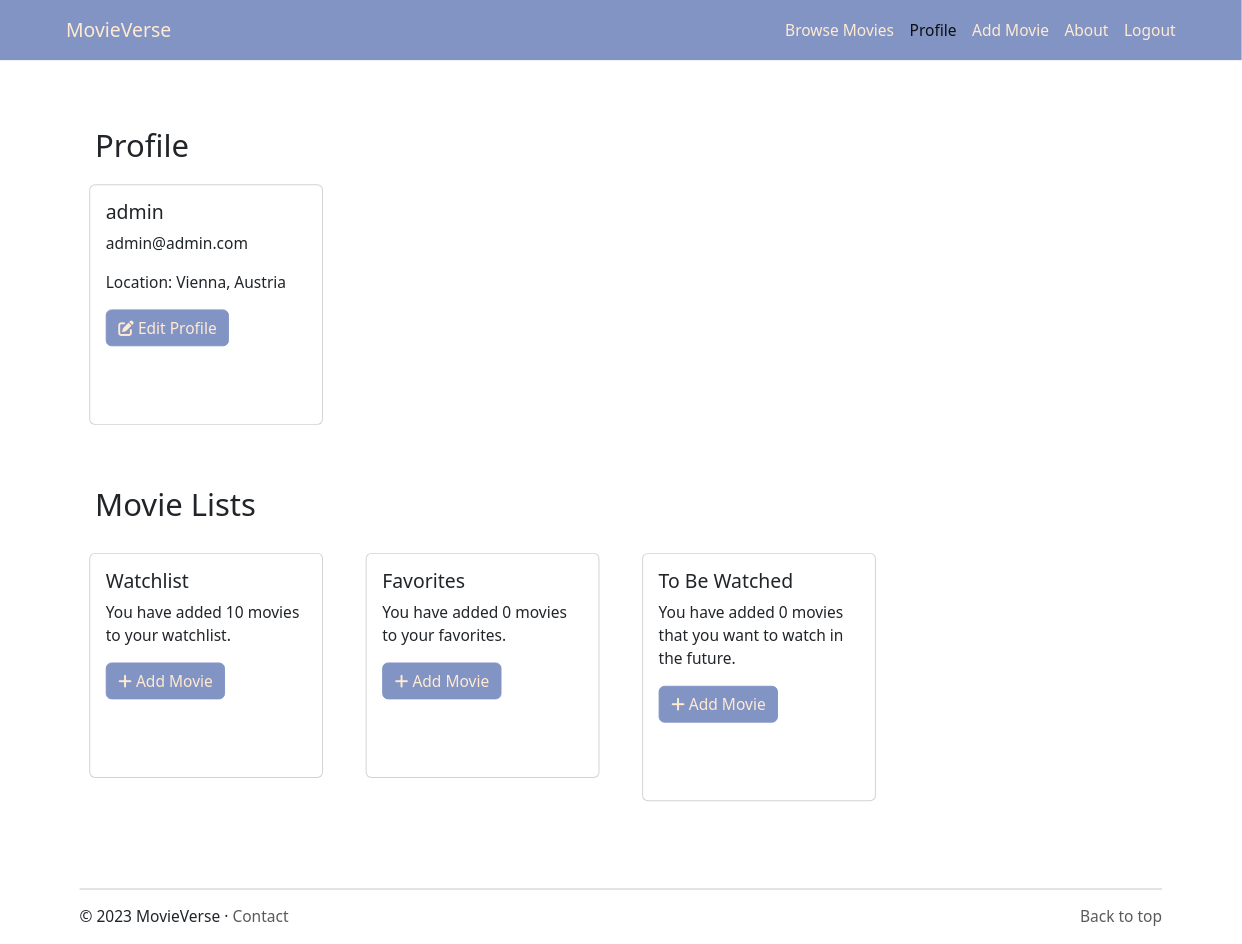
Repository: rafaelasantana/MovieVerse
Page: http://localhost/profile.php
These files come from the project's save history. The page is drawn as it stood at one moment and after the next save; the edit follows.
The browser window is 1280 px wide. The pictures show the whole page, at 97% of full size.
Some web libraries are served in a nearby version. The page is run by PHP 8.4 with error messages shown; the project is at /var/www/html/. The session is filled in as if someone had signed in: {"username": "admin", "role": 1, "status": 1, "id": 1, "firstname": "admin", "email": "admin@admin.com"}. Other server files are loaded and not shown. Queries for data that is not in the repository find no rows.

Above is the page before, as saved 2023-06-24 23:49:35.
Console error: TypeError: Cannot read properties of undefined (reading 'keyboard')

### MovieVerse/profile.php
<?php
$page = "profile";
session_start();
include "header.php";
include "navbar.php";
include "includes/db_handler.inc.php";  // assuming your database connection file is located at includes/db_handler.inc.php

$userId = $_SESSION["id"];
$watchlist_count = 0;
$favorites_count = 0;

if ($userId) {
    $stmt = $conn->prepare("SELECT COUNT(*) as count FROM watched WHERE user_id = ?");
    $stmt->bind_param("i", $userId);
    $stmt->execute();
    $result = $stmt->get_result();
    $row = $result->fetch_assoc();
    $watchlist_count = $row['count'];

    $stmt = $conn->prepare("SELECT COUNT(*) as count FROM watch_later WHERE user_id = ?");
    $stmt->bind_param("i", $userId);
    $stmt->execute();
    $result = $stmt->get_result();
    $row = $result->fetch_assoc();
    $watchlist_count = $row['count'];

    $stmt = $conn->prepare("SELECT COUNT(*) as count FROM favorites WHERE user_id = ?");
    $stmt->bind_param("i", $userId);
    $stmt->execute();
    $result = $stmt->get_result();
    $row = $result->fetch_assoc();
    $favorites_count = $row['count'];
}

// Close the connection
$conn->close();
?>


<main>
  <div class="container my-5">
    <div class="row my-3">
      <div class="col-md-3">
        <p class="fs-2 mx-3 mt-3">Profile</p>
        <div class="card">
          <div class="card-body">
            <h5 class="card-title"><?php echo $_SESSION["firstname"];?></h5>
            <p class="card-text"><?php echo $_SESSION["email"];?></p>
            <p class="card-text">Location: Vienna, Austria</p>
            <a href="editProfile.php" class="btn btn-primary"><i class="fas fa-edit"></i> Edit Profile</a>
          </div>
        </div>
      </div>
    </div>
    <div class="row my-3">
      <div class="col-md-9 my-3">
        <p class="fs-2 mx-3 mt-3">Movie Lists</p>
        <div class="row my-3">
          <div class="col-md-4">
            <div class="card">
              <div class="card-body">
                <h5 class="card-title">Watchlist</h5>
                <p class="card-text">You have added 10 movies to your watchlist.</p>
                <a href="#" class="btn btn-primary"><i class="fas fa-plus"></i> Add Movie</a>
              </div>
            </div>
          </div>
          <div class="col-md-4">
            <div class="card">
              <div class="card-body">
                <h5 class="card-title">Favorites</h5>
                <p class="card-text">You have added <?php echo $favorites_count; ?> movies to your favorites.</p>
                <a href="#" class="btn btn-primary"><i class="fas fa-plus"></i> Add Movie</a>
              </div>
            </div>
          </div>
          <div class="col-md-4">
            <div class="card">
              <div class="card-body">
                <h5 class="card-title">To Be Watched</h5>
                <p class="card-text">You have added <?php echo $favorites_count; ?> movies that you want to watch in the future.</p>
                <a href="#" class="btn btn-primary"><i class="fas fa-plus"></i> Add Movie</a>
              </div>
            </div>
          </div>
        </div>
      </div>

    </div>
  </div>
  </div>

</main>

<?php
include "footer.php";
?>

### MovieVerse/header.php
<!doctype html>
<html lang="en">

<head>
  <title>Title</title>
  <!-- Required meta tags -->
  <meta charset="utf-8">
  <meta name="viewport" content="width=device-width, initial-scale=1, shrink-to-fit=no">

  <!-- Bootstrap CSS v5.2.1 -->
  <link href="https://cdn.jsdelivr.net/npm/bootstrap@5.2.1/dist/css/bootstrap.min.css" rel="stylesheet" integrity="sha384-iYQeCzEYFbKjA/T2uDLTpkwGzCiq6soy8tYaI1GyVh/UjpbCx/TYkiZhlZB6+fzT" crossorigin="anonymous">

  <!-- Template Main CSS Files -->
  <link href="assets/css/variables.css" rel="stylesheet">
  <link href="assets/css/index.css" rel="stylesheet">
  <link href="assets/css/login.css" rel="stylesheet">
  <link href="assets/css/footer.css" rel="stylesheet">
  <link href="assets/css/navbar.css" rel="stylesheet">

  <!-- add jquery (here minimized version)-->
  <script src="https://code.jquery.com/jquery-3.6.4.min.js" integrity="sha256-oP6HI9z1XaZNBrJURtCoUT5SUnxFr8s3BzRl+cbzUq8=" crossorigin="anonymous"></script>

  <!-- add font awesome library -->
  <script src="https://kit.fontawesome.com/a2b15cd676.js" crossorigin="anonymous"></script>

  <script defer src="assets/js/index.js"></script>

</head>

<body>

### MovieVerse/navbar.php
<!-- Begin header -->
<div class="navbar navbar-expand-lg" style="background-color: #8294C4">
    <div class="container-fluid">
        <!-- click on logo image to go to homepage -->
        <a href="index.php" class="navbar-brand mx-2 navbar-text">MovieVerse</a>
        <!-- burger button when collapses -->
        <div class="justify-content-end">
            <button class="navbar-toggler" type="button" data-bs-toggle="collapse" data-bs-target="#navbar_index" aria-controls="navbar_index" aria-expanded="false">
                <span class="navbar-toggler-icon"></span>
            </button>

        </div>
        <!-- Navbar -->
        <div id="navbar_index" class="collapse navbar-collapse justify-content-end">
            <div class="navbar-nav">
                <a class="navbar-text nav-link <?php if ($page == 'index') echo 'active' ?>" href="index.php">Browse Movies</a>
                <?php
                // if user is logged in, show profile
                if (isset($_SESSION["firstname"])) { ?>
                    <a class="navbar-text nav-link <?php if ($page == 'profile') echo 'active' ?> " href="profile.php">Profile</a>
                    <a class='navbar-text nav-link <?php if($page == 'addMovies') echo 'active' ?>' href='addMovies.php'>Add Movie</a>
                    <a class="navbar-text nav-link <?php if ($page == "help") echo " active" ?>" href="about.php">About</a>
                    <a class='navbar-text nav-link <?php if($page == 'logout') echo 'active' ?>' href='includes/logout.inc.php'>Logout</a>
                <?php }
                // if user is not logged in, show register and login
                else { ?>
                    <a class="navbar-text nav-link <?php if ($page == "registration") echo "active" ?>" href="registration.php">Register</a>
                    <a class="navbar-text nav-link <?php if ($page == "login") echo " active" ?>" href="login.php">Login</a>
                    <a class="navbar-text nav-link <?php if ($page == "help") echo " active" ?>" href="about.php">About</a>
                <?php } ?>
            </div>
        </div>
    </div>
</div>

### MovieVerse/includes/db_handler.inc.php
<?php
mysqli_report(MYSQLI_REPORT_ERROR | MYSQLI_REPORT_STRICT);


$server_name = "localhost";
$db_username = "root";
$db_password = "";
$db_name = "movieverseprojekt";

$conn = mysqli_connect($server_name, $db_username, $db_password, $db_name);

if (mysqli_connect_errno()) {
    printf("Connect failed: %s\n", mysqli_connect_error());
}

if (!mysqli_ping($conn)) {
    printf ("Error: %s\n", mysqli_error($conn));
}

### MovieVerse/footer.php
<footer class="container mt-4">
  <hr class="featurette-divider">
  <p class="float-end"><a href="#" class="footerCls">Back to top</a></p>
  <p>&copy; 2023 MovieVerse &middot; <a href="about.php" class="footerCls">Contact</a></p>
</footer>
<!-- Bootstrap JavaScript Libraries -->
<script src="https://cdn.jsdelivr.net/npm/@popperjs/core@2.11.6/dist/umd/popper.min.js" integrity="sha384-oBqDVmMz9ATKxIep9tiCxS/Z9fNfEXiDAYTujMAeBAsjFuCZSmKbSSUnQlmh/jp3" crossorigin="anonymous">
</script>

<script src="https://cdn.jsdelivr.net/npm/bootstrap@5.2.1/dist/js/bootstrap.min.js" integrity="sha384-7VPbUDkoPSGFnVtYi0QogXtr74QeVeeIs99Qfg5YCF+TidwNdjvaKZX19NZ/e6oz" crossorigin="anonymous">
</script>
</body>

</html>

### MovieVerse/assets/css/variables.css
/**
* Template Name: ZenBlog
* File: variables.css
* Description: Easily customize colors, typography, and other repetitive properties used in the template main stylesheet file main.css
*
* Template URL: https://bootstrapmade.com/zenblog-bootstrap-blog-template/
* Author: BootstrapMade.com
* License: https://bootstrapmade.com/license/
*
* Contents:
* 1. ZenBlog template variables
* 2. Override default Bootstrap variables
* 3. Set color and background class names
*
* Learn more about CSS variables at https://developer.mozilla.org/en-US/docs/Web/CSS/Using_CSS_custom_properties
*/

/*--------------------------------------------------------------
# 1. ZenBlog template variables
--------------------------------------------------------------*/
:root {

  /* Fonts */
  --font-default: 'EB Garamond', system-ui, -apple-system, "Segoe UI", Roboto, "Helvetica Neue", Arial, "Noto Sans", "Liberation Sans", sans-serif, "Apple Color Emoji", "Segoe UI Emoji", "Segoe UI Symbol", "Noto Color Emoji";
  --font-primary: 'EB Garamond', serif; /*'Playfair Display', serif;*/
  --font-secondary: 'Inter', sans-serif;

  /* Colors */
  /* The *-rgb color names are simply the RGB converted value of the corresponding color for use in the rgba() function */

  /* Default text color */
  --color-default: #212529;
  --color-default-rgb: 33, 37, 41;

  /* Defult links color */
  --color-links: #212529;
  --color-links-hover: #15171a;

  /* Primay colors */
  --color-primary: #212529;
  --color-primary-light: #26282c;
  --color-primary-dark: #0b0c0e;

  --color-primary-rgb: 33, 37, 41;
  --color-primary-light-rgb: 38, 40, 44;
  --color-primary-dark-rgb: 11, 12, 14;

  /* Secondary colors */
  --color-secondary: #596d80;
  --color-secondary-light: #8498aa;
  --color-secondary-dark: #404f5c;

  --color-secondary-rgb: 89, 109, 128;
  --color-secondary-light-rgb: 132, 152, 170;
  --color-secondary-dark-rgb: 64, 79, 92;

  /* General colors */
  --color-blue: #0d6efd;
  --color-blue-rgb: 13, 110, 253;

  --color-indigo: #6610f2;
  --color-indigo-rgb: 102, 16, 242;

  --color-purple: #6f42c1;
  --color-purple-rgb: 111, 66, 193;

  --color-pink: #f3268c;
  --color-pink-rgb: 243, 38, 140;

  --color-red: #df1529;
  --color-red-rgb: 223, 21, 4;

  --color-orange: #fd7e14;
  --color-orange-rgb: 253, 126, 20;

  --color-yellow: #ffc107;
  --color-yellow-rgb: 255, 193, 7;

  --color-green: #059652;
  --color-green-rgb: 5, 150, 82;

  --color-teal: #20c997;
  --color-teal-rgb: 32, 201, 151;

  --color-cyan: #0dcaf0;
  --color-cyan-rgb: 13, 202, 240;

  --color-white: #ffffff;
  --color-white-rgb: 255, 255, 255;

  --color-gray: #6c757d;
  --color-gray-rgb: 108, 117, 125;

  --color-black: #000000;
  --color-black-rgb: 0, 0, 0;
}

/*--------------------------------------------------------------
# 2. Override default Bootstrap variables
--------------------------------------------------------------*/
:root {
  --bs-blue: var(--color-blue);
  --bs-indigo: var(--color-indigo);
  --bs-purple: var(--color-purple);
  --bs-pink: var(--color-pink);
  --bs-red: var(--color-red);
  --bs-orange: var(--color-orange);
  --bs-yellow: var(--color-yellow);
  --bs-green: var(--color-green);
  --bs-teal: var(--color-teal);
  --bs-cyan: var(--color-cyan);
  --bs-white: var(--color-white);
  --bs-gray: var(--color-gray);
  --bs-gray-dark: #343a40;
  --bs-gray-100: #f8f9fa;
  --bs-gray-200: #e9ecef;
  --bs-gray-300: #dee2e6;
  --bs-gray-400: #ced4da;
  --bs-gray-500: #adb5bd;
  --bs-gray-600: #6c757d;
  --bs-gray-700: #495057;
  --bs-gray-800: #343a40;
  --bs-gray-900: #212529;
  --bs-primary: var(--color-blue);
  --bs-secondary: var(--color-blue);
  --bs-success: #198754;
  --bs-info: #0dcaf0;
  --bs-warning: #ffc107;
  --bs-danger: #dc3545;
  --bs-light: #f8f9fa;
  --bs-dark: #212529;
  --bs-primary-rgb: var(--color-primary-rgb);
  --bs-secondary-rgb: var(--color-secondary-rgb);
  --bs-success-rgb: 25, 135, 84;
  --bs-info-rgb: 13, 202, 240;
  --bs-warning-rgb: 255, 193, 7;
  --bs-danger-rgb: 220, 53, 69;
  --bs-light-rgb: 248, 249, 250;
  --bs-dark-rgb: 33, 37, 41;
  --bs-white-rgb: var(--color-white-rgb);
  --bs-black-rgb: var(--color-black-rgb);
  --bs-body-color-rgb: var(--color-default-rgb);
  --bs-body-bg-rgb: 255, 255, 255;
  --bs-font-sans-serif: var(--font-default);
  --bs-font-monospace: SFMono-Regular, Menlo, Monaco, Consolas, "Liberation Mono", "Courier New", monospace;
  --bs-gradient: linear-gradient(180deg, rgba(255, 255, 255, 0.15), rgba(255, 255, 255, 0));
  --bs-body-font-family: var(--font-default);
  --bs-body-font-size: 1rem;
  --bs-body-font-weight: 400;
  --bs-body-line-height: 1.5;
  --bs-body-color: var(--color-default);
  --bs-body-bg: #fff;
}

/*--------------------------------------------------------------
# 3. Set color and background class names
--------------------------------------------------------------*/
/* Fonts */
.font-default { font-family: var(--font-default) !important; }
.font-primary { font-family: var(--font-primary) !important;}
.font-secondary { font-family: var(--font-secondary) !important; }

/* Text Colors */
.color-default { color: var(--color-default) !important; }
.color-links { color: var(--color-links) !important; }
.color-links:hover { color: var(--color-links-hover) !important; }
.color-primary { color: var(--color-primary) !important; }
.color-primary-light { color: var(--color-primary-light) !important; }
.color-primary-dark { color: var(--color-primary-dark) !important; }
.color-secondary { color: var(--color-secondary) !important; }
.color-secondary-light { color: var(--color-secondary-light) !important; }
.color-secondary-dark { color: var(--color-secondary-dark) !important; }
.color-blue { color: var(--color-blue) !important; }
.color-indigo { color: var(--color-indigo) !important; }
.color-purple { color: var(--color-purple) !important; }
.color-pink { color: var(--color-pink) !important; }
.color-red { color: var(--color-red) !important; }
.color-orange { color: var(--color-orange) !important; }
.color-yellow { color: var(--color-yellow) !important; }
.color-green { color: var(--color-green) !important; }
.color-teal { color: var(--color-teal) !important; }
.color-cyan { color: var(--color-cyan) !important; }
.color-white { color: var(--color-white) !important; }
.color-gray { color: var(--color-gray) !important; }
.color-black { color: var(--color-black) !important; }

/* Background Colors */
.bg-default { background-color: var(--color-default) !important; }
.bg-primary { background-color: var(--color-primary) !important; }
.bg-primary-light { background-color: var(--color-primary-light) !important; }
.bg-primary-dark { background-color: var(--color-primary-dark) !important; }
.bg-secondary { background-color: var(--color-secondary) !important; }
.bg-secondary-light { background-color: var(--color-secondary-light) !important; }
.bg-secondary-dark { background-color: var(--color-secondary-dark) !important; }
.bg-blue { background-color: var(--color-blue) !important; }
.bg-indigo { background-color: var(--color-indigo) !important; }
.bg-purple { background-color: var(--color-purple) !important; }
.bg-pink { background-color: var(--color-pink) !important; }
.bg-red { background-color: var(--color-red) !important; }
.bg-orange { background-color: var(--color-orange) !important; }
.bg-yellow { background-color: var(--color-yellow) !important; }
.bg-green { background-color: var(--color-green) !important; }
.bg-teal { background-color: var(--color-teal) !important; }
.bg-cyan { background-color: var(--color-cyan) !important; }
.bg-white { background-color: var(--color-white) !important; }
.bg-gray { background-color: var(--color-gray) !important; }
.bg-black { background-color: var(--color-black) !important; }

### MovieVerse/assets/css/index.css
.btn{
    --bs-btn-color:#FFEAD2;
    background-color:#8294C4;
    text-decoration: none;
    --bs-btn-border-color:#8294C4;
    --bs-btn-hover-color:#FFEAD2;
    --bs-btn-hover-bg:#DBDFEA;
    --bs-btn-hover-border-color:#DBDFEA;
    --bs-btn-focus-shadow-rgb:0,0,0;
    --bs-btn-active-color:#FFEAD2;
    --bs-btn-active-bg:#8294C4;
    --bs-btn-active-border-color:#8294C4;
    --bs-btn-active-shadow:inset 0 3px 5px rgba(0, 0, 0, 0.125);
    --bs-btn-disabled-color:#DBDFEA;
    --bs-btn-disabled-bg:transparent;
    --bs-btn-disabled-border-color:#DBDFEA;
    --bs-gradient:none;
}

.container-fluid {
    padding-left: 60px; /* Add left margin */
    padding-right: 60px; /* Add right margin */
}

.img-wrapper{
    display: flex;
    align-items: center;
    justify-content: center;
}

.search-image-responsive{
    width:150px;
    height:150px;
}

img{
    width:400px;
    height:550px;

 /*Scale down will take the necessary specified space that is 100px x 100px without stretching the image*/
     object-fit:scale-down;
}

@media screen and (min-width:576px) {
    .carousel-inner{
        display: flex;
    }
    .carousel-item{
        flex: auto;
    }
    .img-wrapper{
        height: 35em;
    }

}

.carousel{
    width: 1150px;
}

.carousel-item{
    display: block;
    margin-right: 0;
    margin: 1em;
}

.carousel-inner{
    padding: 1em;
}

.card-container {
    display: flex;
    flex-wrap: wrap;
}

.card {
    flex: 1 1 300px; /* Set a fixed width for the cards */
    margin: 10px; /* Add some margin between the cards */
    display: flex;
    flex-direction: column;
}

.card-body {
    flex-grow: 1; /* Allow the card body to expand to fill the available space */
    padding-bottom: 80px; /* Add padding to the bottom to create space for the buttons */
}

.card-buttons {
    position: absolute; /* Add position: absolute */
    bottom: 10px; /* Adjust the desired distance from the bottom */
    left: 10px; /* Adjust the desired distance from the left */
}

@media (max-width: 768px) {
    .card-container {
        flex-wrap: nowrap;
    }

    .card-container .card {
        width: 100%;
        margin-right: 0;
    }
}

.carousel-control-prev, .carousel-control-next{
    /* position: fixed; */
    margin: 10em;
    width: 6vh;
    height: 6vh;
    background-color: #e1e1e1;
    border-radius: 50%;
    top: 50%;
    transform: translateY(-50%);
    opacity: .5;
}

.search-result .title h3 {
    margin: 0 0 15px;
    color: #333;
}
.search-result .title p {
    font-size: 12px;
    color: #333;
}
.well {
    border: 0;
    padding: 0px;
    min-height: 63px;
    background: #fff;
    box-shadow: none;
    border-radius: 0px;
    position: relative;
    max-height: 100000px;
    border-bottom: 2px solid #ccc;
    transition: max-height 0.5s ease;
    -o-transition: max-height 0.5s ease;
    -ms-transition: max-height 0.5s ease;
    -moz-transition: max-height 0.5s ease;
    -webkit-transition: max-height 0.5s ease;
}
.form-control {
    height: 45px;
    padding: 10px;
    font-size: 16px;
    box-shadow: none;
    border-radius: 0;
    position: relative;
}

### MovieVerse/assets/css/login.css
.btn-login{
  --bs-btn-color:#FFEAD2;
  background-color:#8294C4;
  text-decoration: none;
  --bs-btn-border-color:#8294C4;
  --bs-btn-hover-color:#FFEAD2;
  --bs-btn-hover-bg:#DBDFEA;
  --bs-btn-hover-border-color:#DBDFEA;
  --bs-btn-focus-shadow-rgb:0,0,0;
  --bs-btn-active-color:#FFEAD2;
  --bs-btn-active-bg:#8294C4;
  --bs-btn-active-border-color:#8294C4;
  --bs-btn-active-shadow:inset 0 3px 5px rgba(0, 0, 0, 0.125);
  --bs-btn-disabled-color:#DBDFEA;
  --bs-btn-disabled-bg:transparent;
  --bs-btn-disabled-border-color:#DBDFEA;
  --bs-gradient:none;
  }

.text{
  text-align: center;
}

.errortxt {
  color: red;
}

### MovieVerse/assets/css/footer.css
a.footerCls{
    text-decoration: none;
    color: #5a5a5a;
}

a.footerCls:hover{
    color: #c9a58b;
}

### MovieVerse/assets/css/navbar.css
.navbar-text {
    color: #FFEAD2;
}

.navbar-text .active{
    color: #DBDFEA;
}

### MovieVerse/assets/js/index.js
$(document).ready(function () {

    var multipleItemCarousel = document.querySelector('#multipleItemCarousel');

    // toggle form to add new movie
    $("#addMovieToggle").click(function() {
        console.log("clicked on addMovieToggle ");
        $("#addMovieForm").toggle();
    })

    // photo carousel logic
    // for bigger screens
    if (window.matchMedia("(min-width:576px)").matches) {

        var carousel = new bootstrap.Carousel(multipleItemCarousel, {
            interval: false
        })

        var carouselWidth = $('.carousel-inner')[0].scrollWidth;

        var cardWidth = $('.carousel-item').width();


        var scrollPosition = 0;

        $('.carousel-control-next').on('click', function () {
            if (scrollPosition < (carouselWidth - (cardWidth * 4))) {
                console.log('next');
                scrollPosition = scrollPosition + cardWidth;
                $('.carousel-inner').animate({ scrollLeft: scrollPosition }, 600);
            }
        })

        $('.carousel-control-prev').on('click', function () {
            if (scrollPosition > 0) {
                console.log('prev');
                scrollPosition = scrollPosition - cardWidth;
                $('.carousel-inner').animate({ scrollLeft: scrollPosition }, 600);
            }
        })
    }
    // for smaller screens
    else {
        $(multipleItemCarousel).addClass('slide');

        $('.carousel-control-next').on('click', function () {
            if (scrollPosition < (carouselWidth - (cardWidth * 4))) {
                console.log('next');
                scrollPosition = scrollPosition + cardWidth;
                $('.carousel-inner').animate({ scrollLeft: scrollPosition }, 600);
            }
        })

        $('.carousel-control-prev').on('click', function () {
            if (scrollPosition > 0) {
                console.log('prev');
                scrollPosition = scrollPosition - cardWidth;
                $('.carousel-inner').animate({ scrollLeft: scrollPosition }, 600);
            }
        })

    }

});

After the next save:
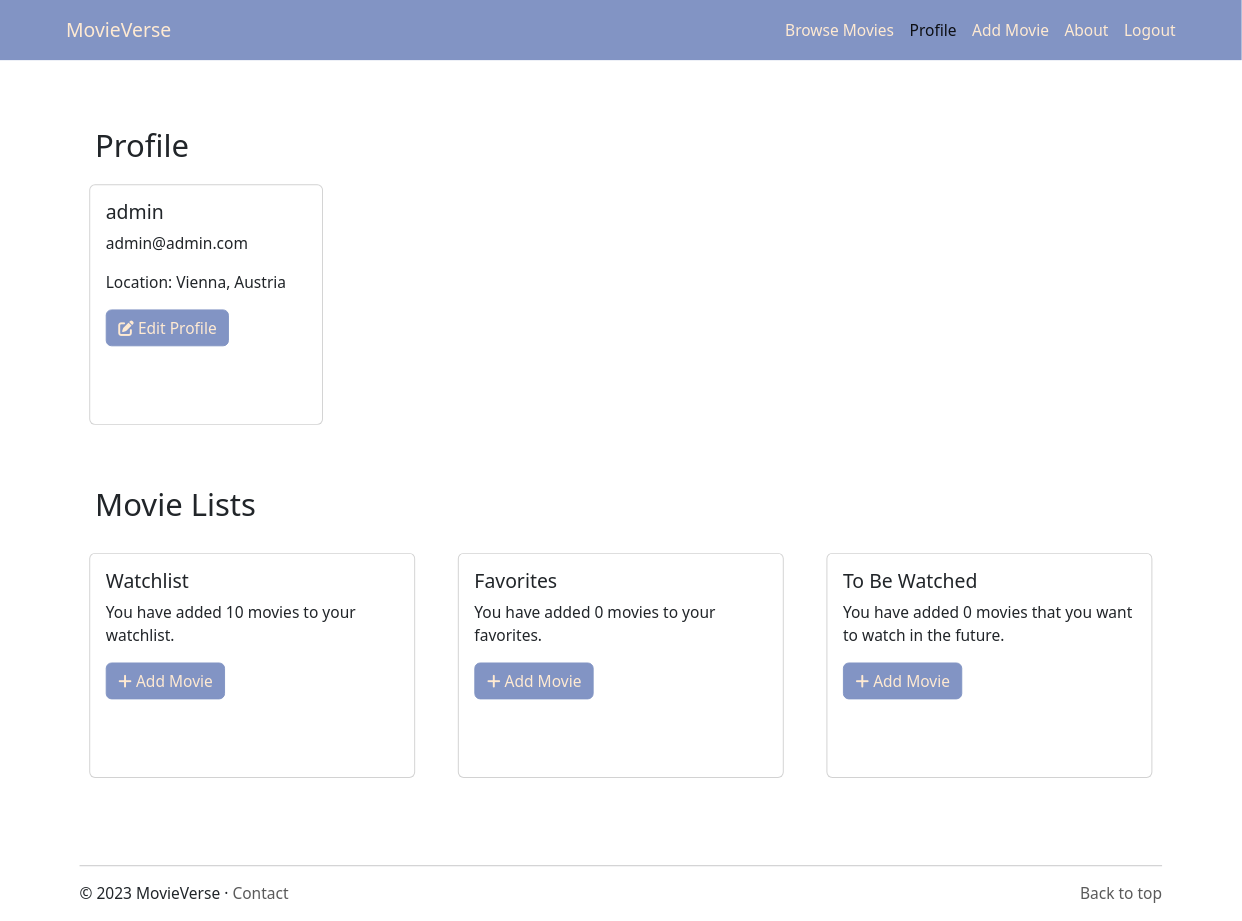
Saved 21 s later.
--- a/MovieVerse/profile.php
+++ b/MovieVerse/profile.php
@@ -53,7 +53,7 @@ $conn->close();
       </div>
     </div>
     <div class="row my-3">
-      <div class="col-md-9 my-3">
+      <div class="col-md-12 my-3">
         <p class="fs-2 mx-3 mt-3">Movie Lists</p>
         <div class="row my-3">
           <div class="col-md-4">
